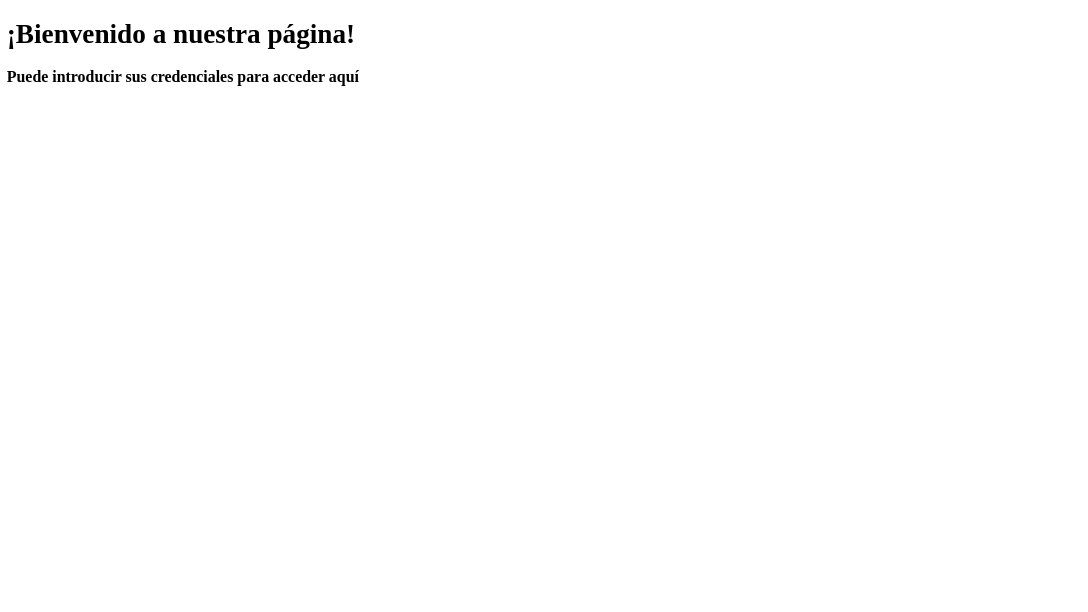
Repository: Pablosky971/Ejercicio-4.-Proyecto-Web
Page: Ejercicio5Servlet/src/main/webapp/formularioLogin.html
An editor plug-in stored every save of this project. The page is shown before and after the next save, followed by the edit.
The browser window is 1280 px wide. The pictures show the whole page, at 85% of full size.

Above is the page before, as saved 2022-03-10 12:15:14.

### Ejercicio5Servlet/src/main/webapp/formularioLogin.html
<!DOCTYPE html>
<html>
<head>
<meta charset="UTF-8">
<title>Login</title>
</head>
<body>

	<h1>¡Bienvenido a nuestra página!</h1>

	<h3>Puede introducir sus credenciales para acceder aquí</h3>


</body>
</html>

After the next save:
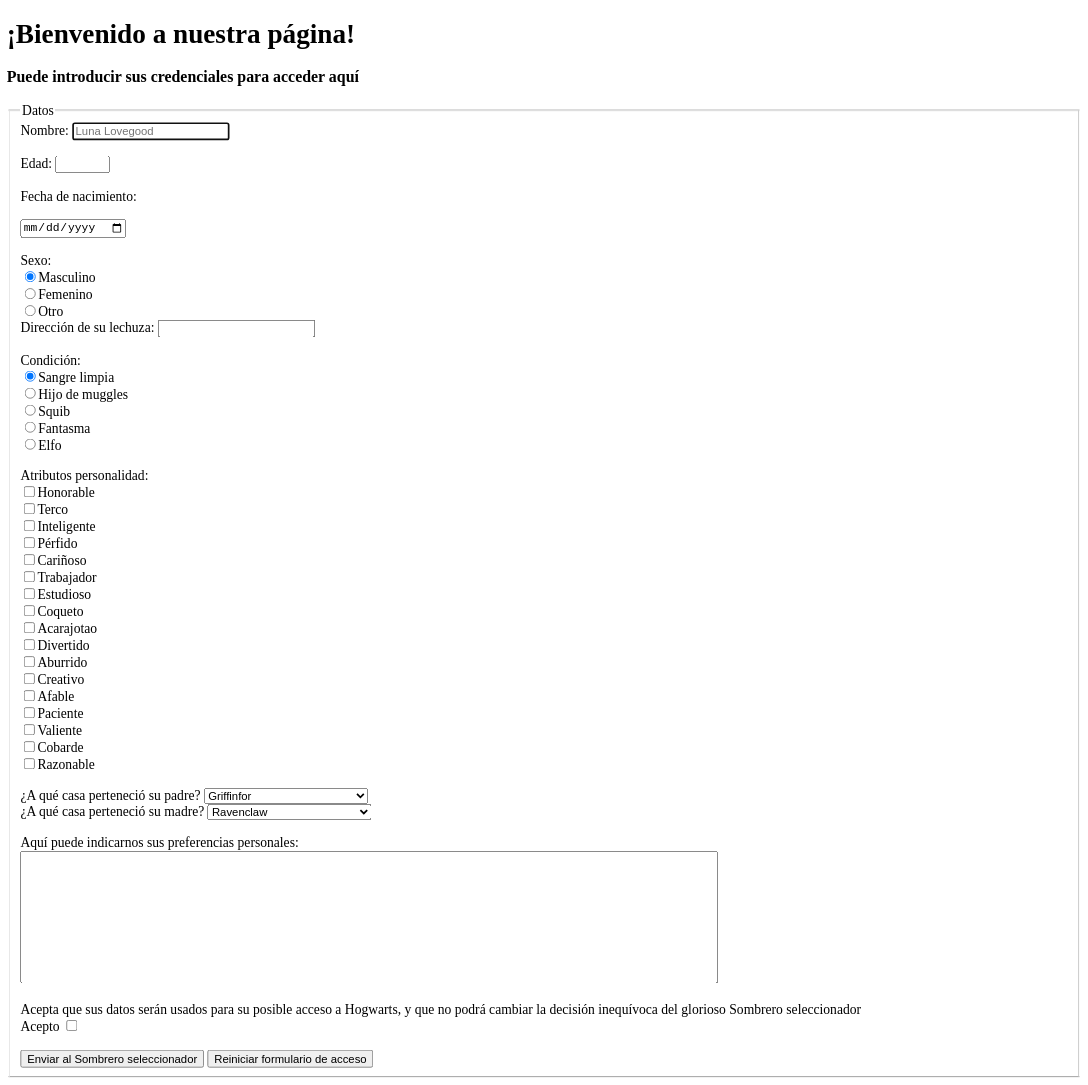
Saved 53 s later.
--- a/Ejercicio5Servlet/src/main/webapp/formularioLogin.html
+++ b/Ejercicio5Servlet/src/main/webapp/formularioLogin.html
@@ -9,7 +9,111 @@
 	<h1>¡Bienvenido a nuestra página!</h1>
 
 	<h3>Puede introducir sus credenciales para acceder aquí</h3>
+	<main>
+    <form action="formulario_exito.html" method="get">
 
+        <fieldset><legend>Datos</legend>
+
+            <label for="nombre">Nombre: </label>
+
+            <input id="nombre" type="text" name="nombre" placeholder="Luna Lovegood" required autofocus/>
+            <br />
+            <br />
+            <label for="edad">Edad: </label>
+            <input id="edad" type="number" name="edad" min="12" max="100" step="1" requiered/>
+            <br/>
+            <br />
+            <label for="fecha_nacimiento" >Fecha de nacimiento: </label>
+            <br/>
+             <br/>
+            <input type="date" name="fecha_nacimiento" required>
+
+            <br/>
+            <input id="idMago" type="hidden" name="idMago" value="792"/>
+            <br/>
+
+            <label for="sexo">Sexo: </label>
+            <br />
+            <input type="radio" name="sexo" value="Masculino" checked />Masculino<br />
+            <input type="radio" name="sexo" value="Femenino" />Femenino<br />
+            <input type="radio" name="sexo" value="Otro" />Otro<br />
+
+            <label for="contacto1">Dirección de su lechuza: </label>
+            <input type="email" name="contacto1" required/>
+            <br/>
+             <br/>
+
+            <label for="condicion">Condición: </label>
+            <br />
+            <input type="radio" name="condicion" value="SL" checked />Sangre limpia<br />
+            <input type="radio" name="condicion" value="HM" />Hijo de muggles<br />
+            <input type="radio" name="condicion" value="SQ" />Squib<br />
+            <input type="radio" name="condicion" value="F" />Fantasma<br />
+            <input type="radio" name="condicion" value="E" />Elfo<br />
+
+
+            <br/>
+            <label for="personalidad">Atributos personalidad: </label>
+            <br />
+            <input type="checkbox" name="personalidad" value="Honorable" />Honorable<br />
+            <input type="checkbox" name="personalidad" value="Terco" />Terco<br />
+            <input type="checkbox" name="personalidad" value="Inteligente" />Inteligente<br />
+            <input type="checkbox" name="personalidad" value="Pérfido" />Pérfido<br />
+            <input type="checkbox" name="personalidad" value="Cariñoso" />Cariñoso<br />
+            <input type="checkbox" name="personalidad" value="Trabajador" />Trabajador<br />
+            <input type="checkbox" name="personalidad" value="Estudioso" />Estudioso<br />
+            <input type="checkbox" name="personalidad" value="Coqueto" />Coqueto<br />
+            <input type="checkbox" name="personalidad" value="Acarajotao" />Acarajotao<br />
+            <input type="checkbox" name="personalidad" value="Divertido" />Divertido<br />
+            <input type="checkbox" name="personalidad" value="Aburrido" />Aburrido<br />
+            <input type="checkbox" name="personalidad" value="Creativo" />Creativo<br />
+            <input type="checkbox" name="personalidad" value=">Afable" />Afable<br />
+            <input type="checkbox" name="personalidad" value="Paciente" />Paciente<br />
+            <input type="checkbox" name="personalidad" value="Valiente" />Valiente<br />
+            <input type="checkbox" name="personalidad" value="Cobarde" />Cobarde<br />
+            <input type="checkbox" name="personalidad" value="Razonable" />Razonable<br />
+            <br/>
+
+            <label for="casa_padre">¿A qué casa perteneció su padre? </label>
+            <select name="casa_padre">
+                <option value="Griffinfor" selected>Griffinfor</option>
+                <option value="Slytherin">Slytherin</option>
+                <option value="Ravenclaw">Ravenclaw</option>
+                <option value="Hufflepuff">Hufflepuff</option>
+                <option value="Ninguna">Ninguna (es muggle o squib)</option>
+            </select>
+            <br />
+
+            <label for="casa_madre">¿A qué casa perteneció su madre? </label>
+            <select name="casa_madre">
+                <option value="Griffinfor">Griffinfor</option>
+                <option value="Slytherin">Slytherin</option>
+                <option value="Ravenclaw" selected>Ravenclaw</option>
+                <option value="Hufflepuff">Hufflepuff</option>
+                <option value="Ninguna">Ninguna (es muggle o squib)</option>
+            </select>
+            <br />
+
+            <br/>
+            <label for="preferencias">Aquí puede indicarnos sus preferencias personales: </label>
+            <br />
+
+            <textarea style="resize: none;" rows="10" cols="100" name="preferencias"></textarea>
+
+            <br/>
+            <br/>
+            <label for="terminos">Acepta que sus datos serán usados para su posible acceso a Hogwarts, y que no podrá cambiar la decisión inequívoca del glorioso Sombrero seleccionador </label>
+            <br/>
+            Acepto <input type="checkbox" name="terminos" value="Si" required/>
+            <br/>
+
+            <br/>
+            <input class="submit" type="submit" value="Enviar al Sombrero seleccionador" />
+
+            <input class="reset" type="reset" value="Reiniciar formulario de acceso" />
+        </fieldset>
+    </form>
+</main>
 
 </body>
 </html>
